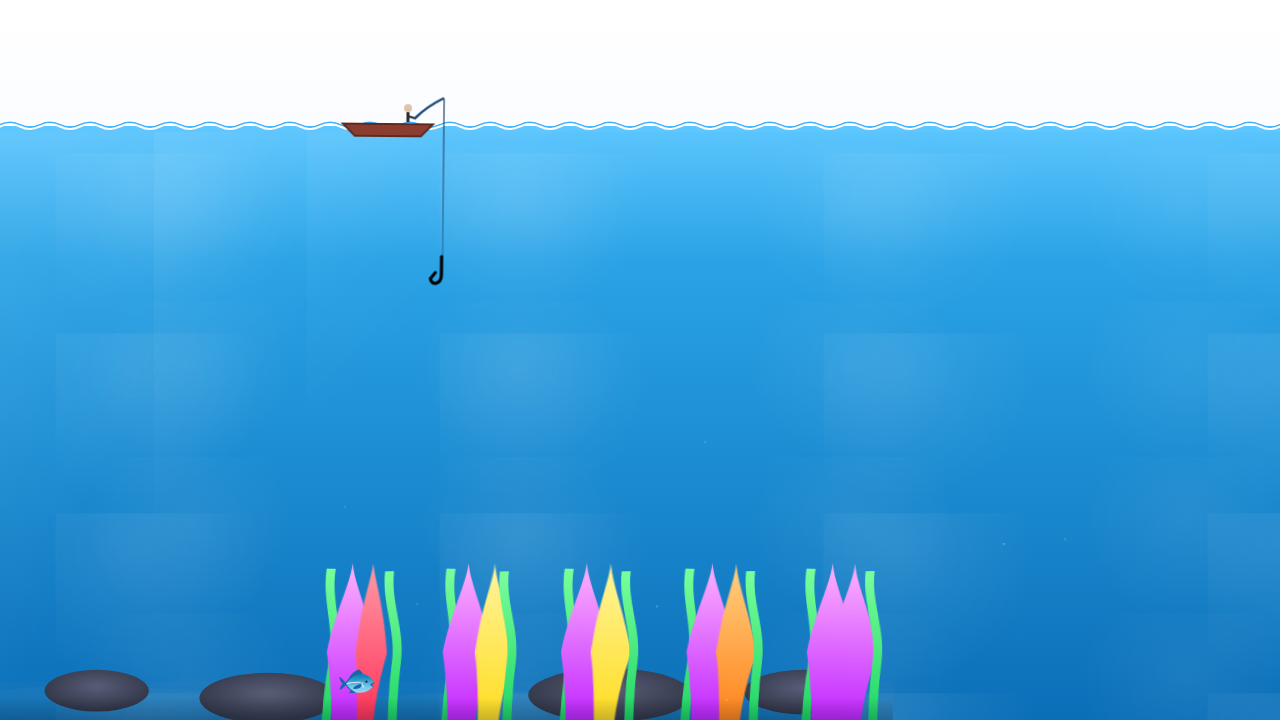
Repository: DeepFriedTurkey441/fd_game_project
Page: index.html
An editor plug-in stored every save of this project. The page is shown before and after the next save, followed by the edit.
The browser window is 1280 px wide. The pictures show the whole page.

Above is the page before, as saved 2025-09-23 09:44:20.

### index.html
<!DOCTYPE html>
<html lang="en">
<head>
  <meta charset="UTF-8">
  <title>Fish Dodge</title>
  <link rel="stylesheet" href="style.css">
</head>
<body>
  <div id="game">
    <div id="air" aria-hidden="true"></div>
    <div id="waterline" aria-hidden="true"></div>
    <!-- Decorative background layers (non-interactive) -->
    <div id="light-rays" aria-hidden="true"></div>
    <div id="caustics" aria-hidden="true"></div>
    <!-- Realistic aquarium background (SVG) built from reusable symbols -->
    <svg id="aquarium-bg" viewBox="0 0 1200 600" preserveAspectRatio="none" aria-hidden="true">
      <defs>
        <!-- gradients -->
        <linearGradient id="sandGrad" x1="0" y1="0" x2="0" y2="1">
          <stop offset="0%" stop-color="#f8ebc9"/>
          <stop offset="60%" stop-color="#e7d2a2"/>
          <stop offset="100%" stop-color="#c6a773"/>
        </linearGradient>
        <radialGradient id="rockGrad" cx="50%" cy="40%" r="60%">
          <stop offset="0%" stop-color="#585d77"/>
          <stop offset="100%" stop-color="#303445"/>
        </radialGradient>
        <linearGradient id="leafGreen" x1="0" y1="1" x2="0" y2="0">
          <stop offset="0%" stop-color="#006a2e"/>
          <stop offset="55%" stop-color="#00c853"/>
          <stop offset="100%" stop-color="#79ff9b"/>
        </linearGradient>
        <linearGradient id="leafRed" x1="0" y1="1" x2="0" y2="0">
          <stop offset="0%" stop-color="#8b0018"/>
          <stop offset="55%" stop-color="#ff1744"/>
          <stop offset="100%" stop-color="#ff9aa6"/>
        </linearGradient>
        <linearGradient id="leafPurple" x1="0" y1="1" x2="0" y2="0">
          <stop offset="0%" stop-color="#3b0090"/>
          <stop offset="55%" stop-color="#b000ff"/>
          <stop offset="100%" stop-color="#ffb3ff"/>
        </linearGradient>
        <linearGradient id="leafYellow" x1="0" y1="1" x2="0" y2="0">
          <stop offset="0%" stop-color="#b38f00"/>
          <stop offset="55%" stop-color="#ffd600"/>
          <stop offset="100%" stop-color="#fff59d"/>
        </linearGradient>
        <linearGradient id="leafOrange" x1="0" y1="1" x2="0" y2="0">
          <stop offset="0%" stop-color="#e65100"/>
          <stop offset="55%" stop-color="#ff6d00"/>
          <stop offset="100%" stop-color="#ffd180"/>
        </linearGradient>
        <!-- subtle sand grain -->
        <filter id="grain" x="-10%" y="-10%" width="120%" height="120%">
          <feTurbulence type="fractalNoise" baseFrequency="0.9" numOctaves="2" result="noise"/>
          <feColorMatrix type="saturate" values="0" in="noise" result="gn"/>
          <feBlend in="SourceGraphic" in2="gn" mode="multiply"/>
          <feComponentTransfer>
            <feFuncA type="linear" slope="0.06"/>
          </feComponentTransfer>
        </filter>
        <!-- plant blade symbol (curved) -->
        <symbol id="plantBlade" viewBox="0 0 20 200">
          <path d="M10 200 C 14 130, 4 90, 12 40 C 14 26, 8 14, 10 0" fill="none" stroke="url(#leafGreen)" stroke-width="4" stroke-linecap="round"/>
        </symbol>
        <!-- broad leaf symbol -->
        <symbol id="leafBroad" viewBox="0 0 30 200">
          <path d="M15 200 C 28 130, 8 90, 26 40 C 22 20, 16 10, 15 0 C 14 10, 8 20, 4 40 C 12 90, -2 130, 15 200 Z" fill="url(#leafPurple)"/>
        </symbol>
        <!-- red leaf symbol -->
        <symbol id="leafRedSym" viewBox="0 0 26 200">
          <path d="M13 200 C 22 120, 6 90, 20 40 C 18 18, 14 8, 13 0 C 12 8, 8 18, 6 40 C 10 90, 2 120, 13 200 Z" fill="url(#leafRed)"/>
        </symbol>
        <!-- yellow and orange leaf symbols -->
        <symbol id="leafYellowSym" viewBox="0 0 28 200">
          <path d="M14 200 C 26 130, 6 90, 24 40 C 20 20, 15 10, 14 0 C 13 10, 8 20, 6 40 C 12 90, 0 130, 14 200 Z" fill="url(#leafYellow)"/>
        </symbol>
        <symbol id="leafOrangeSym" viewBox="0 0 28 200">
          <path d="M14 200 C 26 130, 6 90, 24 40 C 20 20, 15 10, 14 0 C 13 10, 8 20, 6 40 C 12 90, 0 130, 14 200 Z" fill="url(#leafOrange)"/>
        </symbol>
      </defs>
      <!-- sand with gentle curvature and grain -->
      <path d="M0 560 C 180 540, 360 580, 560 565 C 780 548, 980 590, 1200 570 L 1200 600 L 0 600 Z" fill="url(#sandGrad)" filter="url(#grain)"/>
      <!-- rocks with gradient and shadow -->
      <g>
        <ellipse cx="130" cy="560" rx="70" ry="28" fill="url(#rockGrad)"/>
        <ellipse cx="360" cy="570" rx="92" ry="34" fill="url(#rockGrad)"/>
        <ellipse cx="820" cy="566" rx="110" ry="36" fill="url(#rockGrad)"/>
        <ellipse cx="1080" cy="562" rx="80" ry="30" fill="url(#rockGrad)"/>
      </g>
      <!-- background seagrass (dense filler) populated by script -->
      <g id="grass-back" transform="translate(0,0)"></g>
      <!-- dynamic plant clusters populated by script -->
      <g id="plants" transform="translate(0,0)"></g>
      <!-- bottom vignette (soft fade, no hard cutoff) -->
      <linearGradient id="bottomFog" x1="0" y1="0" x2="0" y2="1">
        <stop offset="0%" stop-color="rgba(0,0,0,0)"/>
        <stop offset="100%" stop-color="rgba(0,25,50,0.22)"/>
      </linearGradient>
      <rect x="0" y="570" width="1200" height="30" fill="url(#bottomFog)"/>
    </svg>
    <div class="boat" aria-label="small fishing boat" title="Fishing boat" style="left: 26vw;">
      <svg viewBox="0 0 120 60" xmlns="http://www.w3.org/2000/svg" aria-hidden="true">
        <!-- hull -->
        <path d="M10 40 L100 40 L88 52 L22 52 Z" fill="#8b3e2f" stroke="#5e291f" stroke-width="2"/>
        <!-- fisherman (simple) -->
        <circle cx="75" cy="24" r="4" fill="#e0c2a8"/>
        <path id="arm" d="M75 28 L75 38" stroke="#2b2b2b" stroke-width="3"/>
        <path id="rod" d="M75 32 L82 34" stroke="#2b2b2b" stroke-width="2"/>
        <!-- fishing rod (angled out over water) -->
        <path d="M82 34 Q 94 22 110 14" stroke="#1f4b7a" stroke-width="2.5" fill="none" stroke-linecap="round"/>
      </svg>
      <div class="line" aria-hidden="true"></div>
      <svg class="hook" aria-hidden="true" viewBox="0 0 24 36">
        <!-- J‑shaped hook: black stroke, no fill -->
        <path d="M16 2 V20 C16 30 6 32 5 24" fill="none" stroke="#000" stroke-width="3.2" stroke-linecap="round"/>
        <!-- Barb -->
        <path d="M6 23 L10 18" fill="none" stroke="#000" stroke-width="3" stroke-linecap="round"/>
      </svg>
    </div>
    <div id="fish" aria-label="fish"><span class="sprite" aria-hidden="true">🐟</span></div>
    <!-- Soft ambient bubbles -->
    <div id="bubbles" aria-hidden="true"></div>
  </div>
  <script src="script.js"></script>
</body>
</html>

### script.js
// Fish movement prototype: slow downward drift, space = up/forward, 3 speeds (←/→)
(function () {
  const fish = document.getElementById('fish');
  const sprite = fish ? fish.querySelector('.sprite') : null;
  const boat = document.querySelector('.boat');
  const lineEl = boat ? boat.querySelector('.line') : null;
  const hookEl = boat ? boat.querySelector('.hook') : null;
  const plantsGroup = document.querySelector('#aquarium-bg #plants');
  // (reverted) no rod group rotation
  const armPath = boat ? boat.querySelector('#arm') : null;
  const rodPath = boat ? boat.querySelector('#rod') : null;
  if (!fish) return;

  // Ensure fish faces right
  // using CSS flip on child span; no need to set text here

  const BASE_SPEEDS = [1, 3, 6];
  let speedIndex = 0;
  let dir = 1; // 1 = left→right, -1 = right→left
  let speed = BASE_SPEEDS[speedIndex]; // signed pixels/frame after scaling

  let x = 24;
  let y = window.innerHeight * 0.5;
  let vy = 0;
  let spacePressed = false;
  let paused = false;
  function getFishHalfHeight() {
    try {
      const rect = (sprite || fish).getBoundingClientRect();
      return Math.max(8, (rect.height || 32) / 2);
    } catch (_) {
      return 16; // fallback for early frames
    }
  }

  // Tunables
  function scale() { return Math.max(0.8, Math.min(2.0, window.innerWidth / 1200)); }
  function gravity() { return 0.12 * scale(); } // slow drift downward
  function maxFall() { return 3.0 * scale(); }
  function maxRise() { return -4.0 * scale(); }

  function wrapX(nx) {
    const w = window.innerWidth;
    if (nx > w) return nx - w;
    if (nx < 0) return nx + w;
    return nx;
  }

  function updateSpeed() {
    speed = dir * (BASE_SPEEDS[speedIndex] * scale());
    // Update facing based on direction
    if (sprite) {
      if (dir === 1) {
        sprite.classList.remove('face-left');
        sprite.classList.add('face-right');
      } else {
        sprite.classList.remove('face-right');
        sprite.classList.add('face-left');
      }
    }
  }

  function loop() {
    if (paused) { requestAnimationFrame(loop); return; }
    // Horizontal progress
    x = wrapX(x + speed);

    // Vertical physics
    if (spacePressed) {
      vy = Math.max(maxRise(), vy - 0.45 * scale());
    } else {
      vy = Math.min(maxFall(), vy + gravity());
    }
    // Compute waterline as top at 1/6 viewport height
    const waterlineY = window.innerHeight / 6;
    // Keep the fish's center at least one pixel below the waterline + half its height
    const halfH = getFishHalfHeight();
    const topClamp = Math.max(0, waterlineY + halfH + 1);
    const bottomClamp = window.innerHeight - 40;
    y = Math.max(topClamp, Math.min(bottomClamp, y + vy));

    // Render
    fish.style.left = x + 'px';
    fish.style.top = y + 'px';

    // Simple jig animation for hook: hold near bottom, then hop upward irregularly
    animateHook();

    requestAnimationFrame(loop);
  }

  // --- Populate plant clusters to fill width ---
  function createUse(href, attrs) {
    const el = document.createElementNS('http://www.w3.org/2000/svg', 'use');
    // Prefer modern href; some engines still look for xlink:href
    el.setAttribute('href', href);
    try { el.setAttributeNS('http://www.w3.org/1999/xlink', 'href', href); } catch (_) {}
    for (const [k, v] of Object.entries(attrs)) el.setAttribute(k, String(v));
    return el;
  }
  function addCluster(x) {
    const g = document.createElementNS('http://www.w3.org/2000/svg', 'g');
    g.setAttribute('transform', `translate(${x},0)`);
    // Slight randomization for natural look
    const jitter = () => (Math.random() * 10 - 5).toFixed(1);
    // Randomly pick a vibrant accent leaf for variety (symbols only)
    const accents = ['#leafRedSym', '#leafYellowSym', '#leafOrangeSym', '#leafBroad'];
    const accent = accents[Math.floor(Math.random() * accents.length)];
    g.appendChild(createUse('#plantBlade', { x: 0 + Number(jitter()), y: 396, class: 'sway' }));
    g.appendChild(createUse('#leafBroad', { x: 28 + Number(jitter()), y: 388, class: 'sway fast' }));
    g.appendChild(createUse(accent, { x: 60 + Number(jitter()), y: 388, class: 'sway' }));
    g.appendChild(createUse('#plantBlade', { x: 88 + Number(jitter()), y: 402, class: 'sway slow' }));
    plantsGroup.appendChild(g);
  }
  function layoutPlants() {
    if (!plantsGroup) return;
    while (plantsGroup.firstChild) plantsGroup.removeChild(plantsGroup.firstChild);
    // Compute rendered width of the SVG to determine cluster count
    const svg = document.getElementById('aquarium-bg');
    const bbox = svg.getBoundingClientRect();
    // Map rendered width to the SVG viewBox scale (1200 → bbox.width)
    const viewWidth = 1200;
    const pixelsPerViewUnit = bbox.width / viewWidth;
    // Consistent visual spacing of ~120px
    const visualSpacingPx = 120;
    const clusterW = Math.max(80, Math.round(visualSpacingPx / pixelsPerViewUnit));
    // Start one cluster before left edge, render enough clusters to cover right edge plus one extra
    const start = -clusterW;
    const count = Math.ceil((viewWidth + clusterW * 2) / clusterW);
    for (let i = 0; i < count; i++) {
      const x = start + i * clusterW;
      addCluster(x);
    }
  }

  // --- Fishing line + hook motion ---
  let hookState = { phase: 'drop', targetY: 0, lastChange: 0 };
  // (reverted) no cast state
  const FEATURES = {
    casting: (new URL(location.href).searchParams.get('cast') === '1') ||
             (localStorage.getItem('fd_casting') === '1')
  };
  document.addEventListener('keydown', e => {
    if (e.key === 'C') {
      FEATURES.casting = !FEATURES.casting;
      localStorage.setItem('fd_casting', FEATURES.casting ? '1' : '0');
      location.reload();
    }
  });

  // Dynamic grouping for casting when flag is ON
  let rodGroup = null;
  if (boat && FEATURES.casting && armPath && rodPath) {
    try {
      const svg = boat.querySelector('svg');
      rodGroup = document.createElementNS('http://www.w3.org/2000/svg', 'g');
      rodGroup.setAttribute('id', 'rodGroup');
      rodGroup.appendChild(armPath);
      rodGroup.appendChild(rodPath);
      svg.insertBefore(rodGroup, svg.firstChild.nextSibling);
      rodGroup.style.transformOrigin = '75px 32px';
    } catch (_) { rodGroup = null; }
  }
  function animateHook() {
    if (!lineEl || !hookEl) return;
    const now = performance.now();
    const waterTop = window.innerHeight / 6;
    const bottom = window.innerHeight - 4;
    // Anchor positions at rod tip in page coords
    const boatRect = boat.getBoundingClientRect();
    const rodTip = { x: boatRect.left + 110, y: boatRect.top + 14 };
    // Hook SVG geometry (viewBox 0 0 24 36): eye at roughly (16, 2)
    const HOOK_EYE_X = 16; // px within SVG
    const HOOK_EYE_Y = 2;  // px within SVG
    if (hookState.phase === 'drop') {
      // Ensure line spans to bottom and hook sits near bottom
      lineEl.style.height = (bottom - rodTip.y) + 'px';
      // Position hook so its eye aligns with the line X and starts at bottom
      hookEl.style.left = (rodTip.x - boatRect.left - HOOK_EYE_X) + 'px';
      hookEl.style.top = (rodTip.y - boatRect.top + (bottom - rodTip.y) - (HOOK_EYE_Y + 2)) + 'px';
      hookState.phase = 'jig';
      hookState.lastChange = now;
      hookState.targetY = bottom - 30;
      // Trigger a one-time cast animation when flag is ON
      if (FEATURES.casting) startCast(now);
      return;
    }
    // Jigging: random small upward hops, then fall back
    const hookRect = hookEl.getBoundingClientRect();
    const hookY = hookRect.top + hookRect.height / 2;
    if (now - hookState.lastChange > 600 + Math.random() * 600) {
      hookState.targetY = Math.max(waterTop + 60, hookY - (30 + Math.random() * 60));
      hookState.lastChange = now;
    }
    // Move toward targetY smoothly
    const dy = (hookState.targetY - hookY) * 0.14;
    const newTop = hookY + dy;
    const maxTop = bottom - 12;
    const clampedTop = Math.min(maxTop, Math.max(waterTop + 40, newTop));
    // Position hook (absolute within boat) using page→boat coordinates
    const newHookTop = clampedTop - hookRect.height / 2;
    // Keep hook horizontally anchored so the eye stays on the line
    hookEl.style.left = (rodTip.x - boatRect.left - HOOK_EYE_X) + 'px';
    hookEl.style.top = (newHookTop - boatRect.top) + 'px';

    // Reel-in effect: simply shorten the line element height to the hook
    const hookEyePageY = (newHookTop + HOOK_EYE_Y); // page Y for hook eye
    const visibleHeight = Math.max(0, hookEyePageY - rodTip.y);
    lineEl.style.height = visibleHeight + 'px';

    if (FEATURES.casting) stepCast(now);
  }
  // --- Casting (guarded by feature flag) ---
  let hasCastOnce = false;
  let castPhase = 'idle';
  let castStartAt = 0;
  function getBoatSectionIndex() {
    const sections = 10;
    const boatRect = boat.getBoundingClientRect();
    const centerX = boatRect.left + boatRect.width / 2;
    const w = window.innerWidth;
    return Math.min(sections - 1, Math.max(0, Math.floor((centerX / w) * sections)));
  }
  function startCast(now) {
    if (hasCastOnce || !rodGroup) return;
    const section = getBoatSectionIndex();
    if (section >= 8) return;
    hasCastOnce = true;
    castPhase = 'windup';
    castStartAt = now;
  }
  function stepCast(now) {
    if (castPhase === 'idle' || !rodGroup) return;
    const t = now - castStartAt;
    if (castPhase === 'windup') {
      const dur = 380, k = Math.min(1, t / dur);
      const angle = -35 * (1 - Math.pow(1 - k, 3));
      rodGroup.style.transform = `rotate(${angle}deg)`;
      if (k >= 1) { castPhase = 'forward'; castStartAt = now; }
    } else if (castPhase === 'forward') {
      const dur = 240, k = Math.min(1, t / dur);
      const angle = (-35) + 50 * (1 - Math.pow(1 - k, 3));
      rodGroup.style.transform = `rotate(${angle}deg)`;
      const section = getBoatSectionIndex();
      const w = window.innerWidth, sectionW = w / 10;
      const targetX = Math.min((section + 2 + 0.5) * sectionW, w - 20);
      const boatRect = boat.getBoundingClientRect();
      const curr = hookEl.getBoundingClientRect();
      const nx = (curr.left + (targetX - curr.left) * (1 - Math.pow(1 - k, 3))) - boatRect.left - 16;
      hookEl.style.left = `${nx}px`;
      if (k >= 1) { castPhase = 'settle'; castStartAt = now; }
    } else if (castPhase === 'settle') {
      const dur = 280, k = Math.min(1, t / dur);
      const angle = 15 - 15 * (1 - Math.pow(1 - k, 3));
      rodGroup.style.transform = `rotate(${angle}deg)`;
      if (k >= 1) { castPhase = 'idle'; rodGroup.style.transform = 'rotate(0deg)'; }
    }
  }

  document.addEventListener('keydown', (e) => {
    switch (e.key) {
      case ' ': // surge
        if (!spacePressed) {
          spacePressed = true;
          vy = Math.max(maxRise(), vy - 2.2 * scale());
          fish.style.transform = 'translateY(-50%) scale(1.04) rotate(-3deg)';
        }
        break;
      case 'p':
        paused = !paused;
        break;
      case 'ArrowRight':
        if (dir === 1) {
          // Already moving right: speed up until max
          speedIndex = Math.min(BASE_SPEEDS.length - 1, speedIndex + 1);
        } else {
          // Moving left: step down speed; if already at slowest, flip to right slow
          if (speedIndex > 0) {
            speedIndex -= 1;
          } else {
            dir = 1; // flip direction
            speedIndex = 0; // start at slowest in new direction
          }
        }
        updateSpeed();
        break;
      case 'ArrowLeft':
        if (dir === -1) {
          // Already moving left: speed up until max
          speedIndex = Math.min(BASE_SPEEDS.length - 1, speedIndex + 1);
        } else {
          // Moving right: step down speed; if already at slowest, flip to left slow
          if (speedIndex > 0) {
            speedIndex -= 1;
          } else {
            dir = -1; // flip direction
            speedIndex = 0; // start at slowest in new direction
          }
        }
        updateSpeed();
        break;
    }
  });
  document.addEventListener('keyup', (e) => {
    if (e.key === ' ') {
      spacePressed = false;
      fish.style.transform = 'translateY(-50%)';
    }
  });

  window.addEventListener('resize', () => {
    x = Math.min(x, window.innerWidth - 40);
    // Re-apply clamp relative to new waterline and fish size
    const waterlineY = window.innerHeight / 6;
    const halfH = getFishHalfHeight();
    const topClamp = Math.max(0, waterlineY + halfH + 1);
    const bottomClamp = window.innerHeight - 40;
    y = Math.max(topClamp, Math.min(bottomClamp, y));
    updateSpeed();
    // Recompute line length on resize
    if (lineEl && boat) {
      const bottom = window.innerHeight - 4;
      const boatRect = boat.getBoundingClientRect();
      const rodTipY = boatRect.top + 14;
      lineEl.style.height = (bottom - rodTipY) + 'px';
    }
    // Relayout plants in case SVG scales differently across sizes
    layoutPlants();
  });

  // Init
  updateSpeed();
  layoutPlants();
  // Ensure initial facing matches starting direction (right)
  if (sprite) { sprite.classList.add('face-right'); }
  loop();
})();

Loaded but not shown: style.css (153 lines, source omitted)

After the next save:
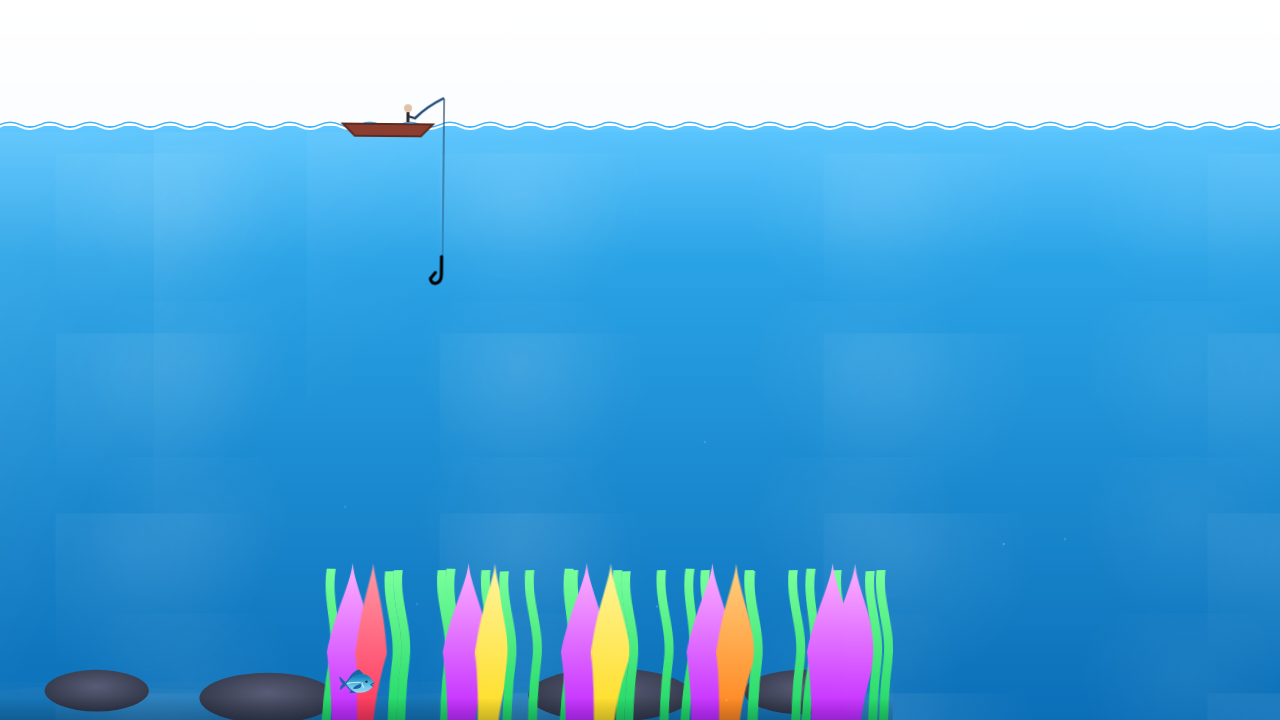
Saved 3 min 59 s later.
--- a/script.js
+++ b/script.js
@@ -6,6 +6,7 @@
   const lineEl = boat ? boat.querySelector('.line') : null;
   const hookEl = boat ? boat.querySelector('.hook') : null;
   const plantsGroup = document.querySelector('#aquarium-bg #plants');
+  const grassBackGroup = document.querySelector('#aquarium-bg #grass-back');
   // (reverted) no rod group rotation
   const armPath = boat ? boat.querySelector('#arm') : null;
   const rodPath = boat ? boat.querySelector('#rod') : null;
@@ -115,6 +116,9 @@
   function layoutPlants() {
     if (!plantsGroup) return;
     while (plantsGroup.firstChild) plantsGroup.removeChild(plantsGroup.firstChild);
+    if (grassBackGroup) {
+      while (grassBackGroup.firstChild) grassBackGroup.removeChild(grassBackGroup.firstChild);
+    }
     // Compute rendered width of the SVG to determine cluster count
     const svg = document.getElementById('aquarium-bg');
     const bbox = svg.getBoundingClientRect();
@@ -124,6 +128,20 @@
     // Consistent visual spacing of ~120px
     const visualSpacingPx = 120;
     const clusterW = Math.max(80, Math.round(visualSpacingPx / pixelsPerViewUnit));
+    // Background filler thin blades for zero gaps
+    const bladeSpacingPx = 44; // visual spacing in pixels
+    const bladeW = Math.max(28, Math.round(bladeSpacingPx / pixelsPerViewUnit));
+    const bladeStart = -bladeW;
+    const bladeCount = Math.ceil((viewWidth + bladeW * 2) / bladeW);
+    if (grassBackGroup) {
+      for (let i = 0; i < bladeCount; i++) {
+        const x = bladeStart + i * bladeW;
+        const g = document.createElementNS('http://www.w3.org/2000/svg', 'g');
+        g.setAttribute('transform', `translate(${x},0)`);
+        g.appendChild(createUse('#plantBlade', { x: 0, y: 398, class: 'sway slow' }));
+        grassBackGroup.appendChild(g);
+      }
+    }
     // Start one cluster before left edge, render enough clusters to cover right edge plus one extra
     const start = -clusterW;
     const count = Math.ceil((viewWidth + clusterW * 2) / clusterW);
